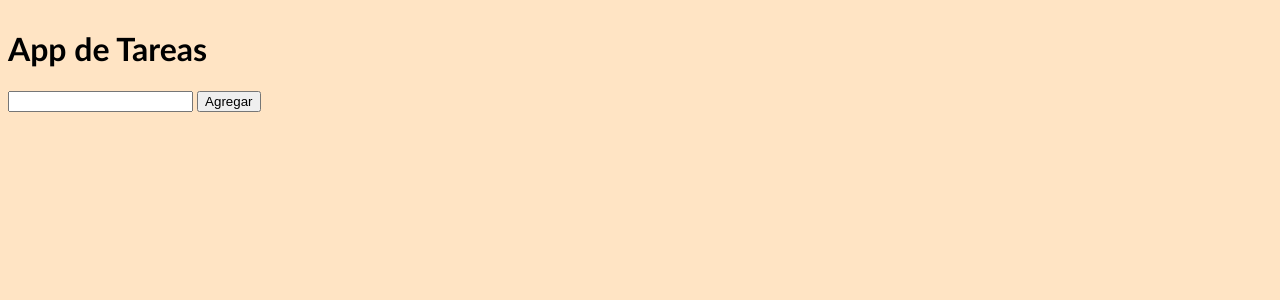
Repository: Kevin8548/Ejercicios-DOM
Page: todoapp/index.html
An editor plug-in stored every save of this project. The page is shown before and after the next save, followed by the edit.
The browser window is 1280 px wide. The pictures show the whole page.

Above is the page before, as saved 2024-10-09 13:55:48.

After the next save:
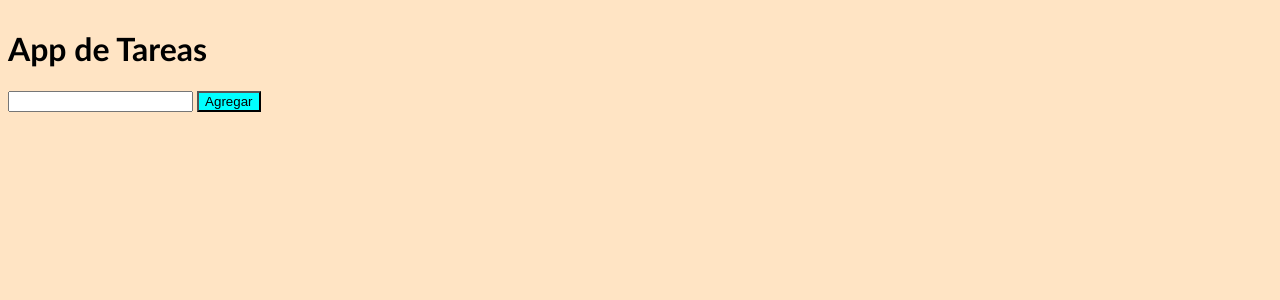
Saved 20 s later.
--- a/todoapp/style.css
+++ b/todoapp/style.css
@@ -31,3 +31,7 @@ body{
     background-color: bisque;
     font-family: 'Gill Sans', 'Gill Sans MT', Calibri, 'Trebuchet MS', sans-serif;
 }
+
+button{
+    background-color: aqua;
+}
